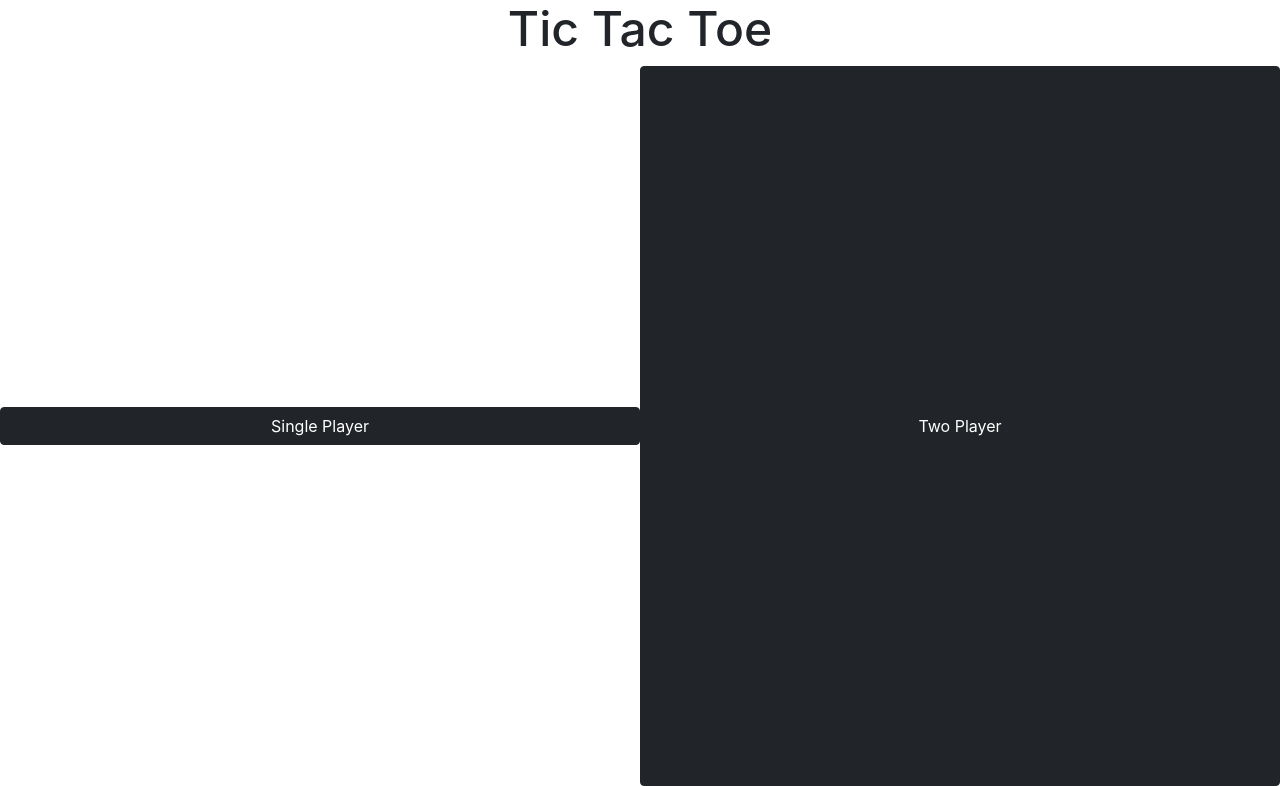
Repository: napan24/tic-tac-toe
Page: /
An editor plug-in stored every save of this project. The page is shown before and after a run of saves, followed by the edit.
The browser window is 1280 px wide. The pictures show the whole page.
The project was rebuilt for these pictures with package versions that can differ from the ones it lists, and the page was loaded fresh each time. Also part of the build but not shown: src/App.css, src/tik.css, src/App.js, src/Vscomp.js.

Above is the page before, as saved 2022-06-16 18:02:03.

### public/index.html
<!DOCTYPE html>
<html lang="en">
  <head>
    <meta charset="utf-8" />
    <link rel="icon" href="%PUBLIC_URL%/favicon.ico" />
    <meta name="viewport" content="width=device-width, initial-scale=1" />
    <meta name="theme-color" content="#000000" />
    <meta
      name="description"
      content="Web site created using create-react-app"
    />
    <link rel="apple-touch-icon" href="%PUBLIC_URL%/logo192.png" />
    <!--
      manifest.json provides metadata used when your web app is installed on a
      user's mobile device or desktop. See https://developers.google.com/web/fundamentals/web-app-manifest/
    -->
    <link rel="manifest" href="%PUBLIC_URL%/manifest.json" />
    <!--
      Notice the use of %PUBLIC_URL% in the tags above.
      It will be replaced with the URL of the `public` folder during the build.
      Only files inside the `public` folder can be referenced from the HTML.

      Unlike "/favicon.ico" or "favicon.ico", "%PUBLIC_URL%/favicon.ico" will
      work correctly both with client-side routing and a non-root public URL.
      Learn how to configure a non-root public URL by running `npm run build`.
    -->
    <link href="https://cdn.jsdelivr.net/npm/bootstrap@5.1.3/dist/css/bootstrap.min.css" rel="stylesheet" integrity="sha384-1BmE4kWBq78iYhFldvKuhfTAU6auU8tT94WrHftjDbrCEXSU1oBoqyl2QvZ6jIW3" crossorigin="anonymous">
    <script src="https://cdn.jsdelivr.net/npm/bootstrap@5.1.3/dist/js/bootstrap.bundle.min.js" integrity="sha384-ka7Sk0Gln4gmtz2MlQnikT1wXgYsOg+OMhuP+IlRH9sENBO0LRn5q+8nbTov4+1p" crossorigin="anonymous"></script>
    <title>React App</title>
  </head>
  <body>
    <noscript>You need to enable JavaScript to run this app.</noscript>
    <div id="root"></div>
    <!--
      This HTML file is a template.
      If you open it directly in the browser, you will see an empty page.

      You can add webfonts, meta tags, or analytics to this file.
      The build step will place the bundled scripts into the <body> tag.

      To begin the development, run `npm start` or `yarn start`.
      To create a production bundle, use `npm run build` or `yarn build`.
    -->
  </body>
</html>

### src/index.js
import React from 'react';
import ReactDOM from 'react-dom/client';
import './index.css';
import App from './App';
import Home from './Home';
import Vscomp from './Vscomp';
import reportWebVitals from './reportWebVitals';

const root = ReactDOM.createRoot(document.getElementById('root'));
root.render(
  <React.StrictMode>
    <Home />
  </React.StrictMode>
);

// If you want to start measuring performance in your app, pass a function
// to log results (for example: reportWebVitals(console.log))
// or send to an analytics endpoint. Learn more: https://bit.ly/CRA-vitals
reportWebVitals();

### src/Home.js
import React from 'react';

export default function () {
  return (
    <>
        <h5 style={{textAlign:"center",fontSize:"3rem"}}>
            Tic Tac Toe
        </h5>
        <button type="button" class="btn btn-dark" style={{width:"50vw"}}>
            Single Player
        </button>
        <button type="button" class="btn btn-dark" style={{width:"50vw",height:"100vh"}}>
            Two Player
        </button>
    </>

  )
}

Loaded but not shown: src/index.css (common file); src/reportWebVitals.js (common file)

After the next 2 saves:
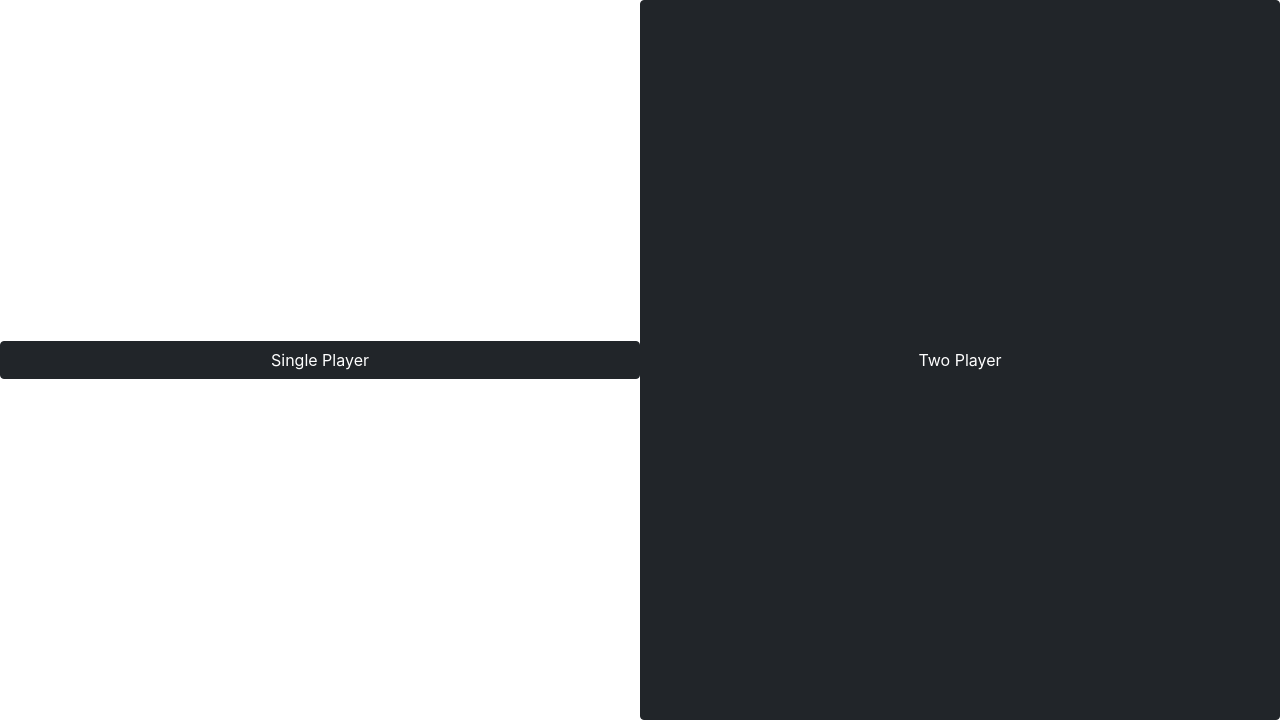
The 2 saves are shown as one change because they came seconds apart.
The last was saved 10 s later.
--- a/src/Home.js
+++ b/src/Home.js
@@ -1,11 +1,10 @@
 import React from 'react';
-
+{/* <h5 style={{textAlign:"center",fontSize:"3rem"}}>
+            Tic Tac Toe
+        </h5> */}
 export default function () {
   return (
     <>
-        <h5 style={{textAlign:"center",fontSize:"3rem"}}>
-            Tic Tac Toe
-        </h5>
         <button type="button" class="btn btn-dark" style={{width:"50vw"}}>
             Single Player
         </button>
